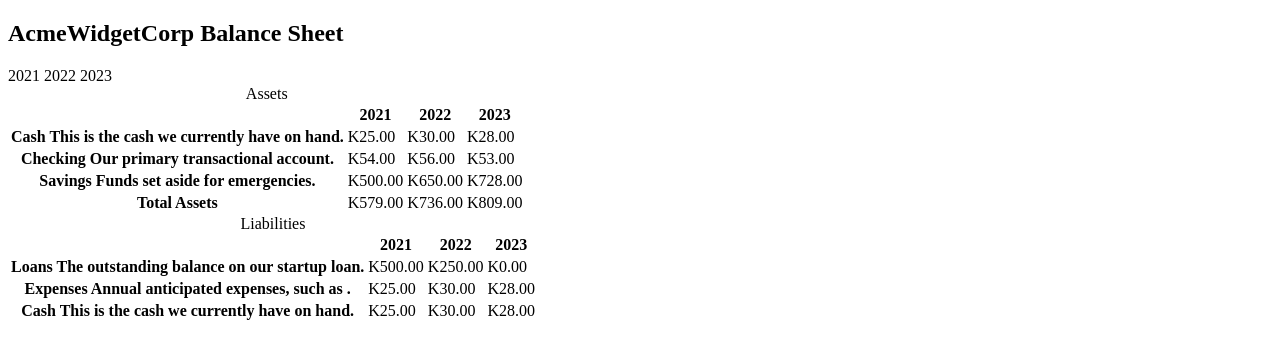
Repository: Lungdjos/balance_shee
Page: index.html
The author's editor kept a copy of each file at every save. The page is drawn from the files as they stood at one save, then again after the next save.
The browser window is 1280 px wide. The pictures show the whole page.

Above is the page before, as saved 2023-10-31 16:53:59.

After the next save:
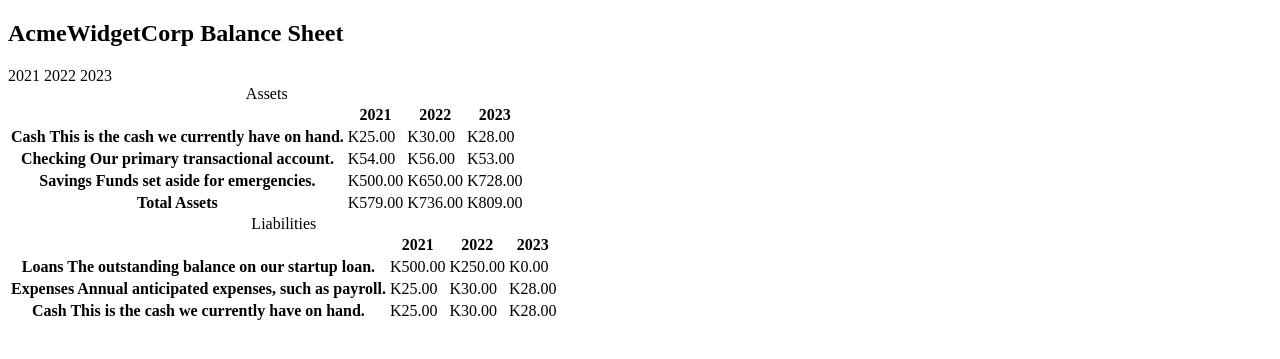
Saved 4 s later.
--- a/index.html
+++ b/index.html
@@ -90,7 +90,7 @@
                         </tr>
                         <tr class="data">
                             <th>
-                                Expenses <span class="description">Annual anticipated expenses, such as .</span>
+                                Expenses <span class="description">Annual anticipated expenses, such as payroll.</span>
                             </th>
                             <td>K25.00</td>
                             <td>K30.00</td>
